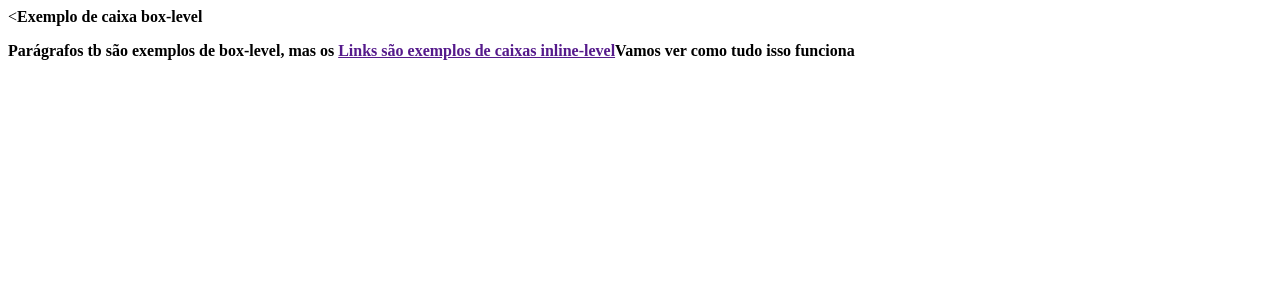
Repository: DorivalJunior14/exercicios
Page: ex.caixas.html/ex.caixas.html
An editor plug-in stored every save of this project. The page is shown before and after a run of saves, followed by the edit.
The browser window is 1280 px wide. The pictures show the whole page.

Above is the page before, as saved 2021-05-12 15:59:11.

After the next 2 saves:
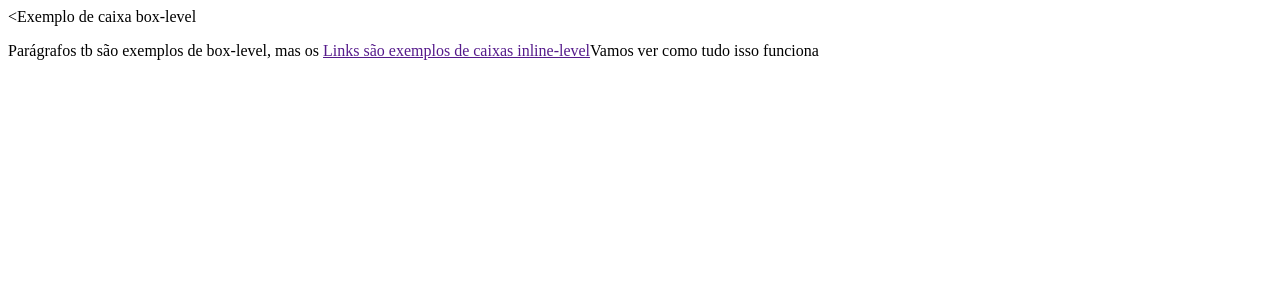
The 2 saves are shown as one change because they came seconds apart.
The last was saved 5 s later.
--- a/ex.caixas.html/ex.caixas.html
+++ b/ex.caixas.html/ex.caixas.html
@@ -5,7 +5,7 @@
     <meta name="viewport" content="width=device-width, initial-scale=1.0">
     <title>Modelos de Caixas</title>
 </head>
-<<b
+<<bod
 
     <h1>Exemplo de caixa box-level</h1>
     <p>Parágrafos tb são exemplos de box-level, mas os <a href="">Links são exemplos de caixas inline-level</a>Vamos ver como tudo isso funciona</p>
